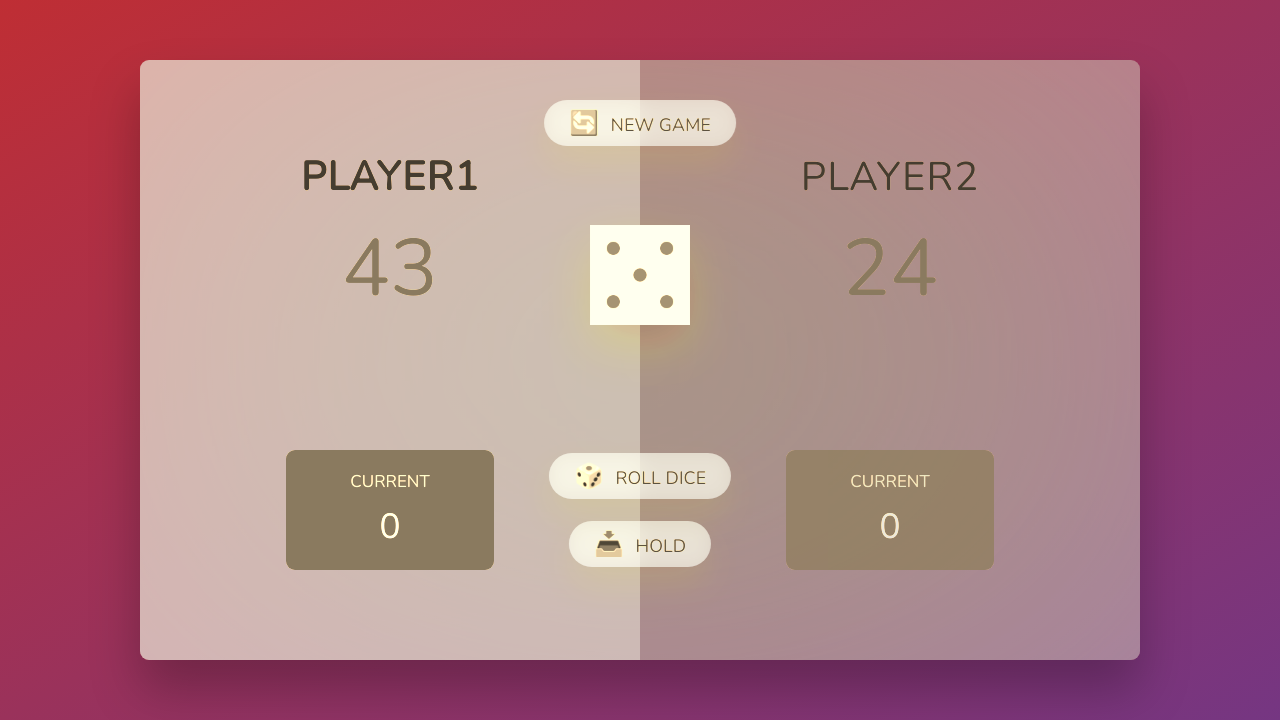
Repository: otvertka/jsc_07
Page: index.html
An editor plug-in stored every save of this project. The page is shown before and after the next save, followed by the edit.
The browser window is 1280 px wide. The pictures show the whole page.

Above is the page before, as saved 2022-12-24 13:27:08.

### index.html
<!DOCTYPE html>
<html lang="en">
  <head>
    <meta charset="UTF-8" />
    <meta name="viewport" content="width=device-width, initial-scale=1.0" />
    <meta http-equiv="X-UA-Compatible" content="ie=edge" />
    <link rel="stylesheet" href="style.css" />
    <title>Pig Game</title>
  </head>
  <body>
    <main>
      <section class="player player--0 player--active">
        <h2 class="name" id="name--0">Player1</h2>
        <p class="score" id="score--0">43</p>
        <div class="current">
          <p class="current-label">Current</p>
          <p class="current-score" id="current--0">0</p>
        </div>
      </section>
      <section class="player player--1">
        <h2 class="name" id="name--1">Player2</h2>
        <p class="score" id="score--1">24</p>
        <div class="current">
          <p class="current-label">Current</p>
          <p class="current-score" id="current--1">0</p>
        </div>
      </section>

      <img src="/dice-5.png" alt="Playing dice" class="dice" />
      <button class="btn btn--new">🔄 New game</button>
      <button class="btn btn--roll">🎲 Roll dice</button>
      <button class="btn btn--hold">📥 Hold</button>
    </main>
    <script src="script.js"></script>
  </body>
</html>

### style.css
@import url('https://fonts.googleapis.com/css2?family=Nunito&display=swap');

* {
  margin: 0;
  padding: 0;
  box-sizing: inherit;
}

html {
  font-size: 62.5%;
  box-sizing: border-box;
}

body {
  font-family: 'Nunito', sans-serif;
  font-weight: 400;
  height: 100vh;
  color: #333;
  background-image: linear-gradient(to top left, #753682 0%, #bf2e34 100%);
  display: flex;
  align-items: center;
  justify-content: center;
}

/* LAYOUT */
main {
  position: relative;
  width: 100rem;
  height: 60rem;
  background-color: rgba(255, 255, 255, 0.35);
  backdrop-filter: blur(200px);
  filter: sepia();
  box-shadow: 0 3rem 5rem rgba(0, 0, 0, 0.25);
  border-radius: 9px;
  overflow: hidden;
  display: flex;
}

.player {
  flex: 50%;
  padding: 9rem;
  display: flex;
  flex-direction: column;
  align-items: center;
  transition: all 0.75s;
}

/* ELEMENTS */
.name {
  position: relative;
  font-size: 4rem;
  text-transform: uppercase;
  letter-spacing: 1px;
  word-spacing: 2px;
  font-weight: 300;
  margin-bottom: 1rem;
}

.score {
  font-size: 8rem;
  font-weight: 300;
  color: #c7365f;
  margin-bottom: auto;
}

.player--active {
  background-color: rgba(255, 255, 255, 0.4);
}
.player--active .name {
  font-weight: 700;
}
.player--active .score {
  font-weight: 400;
}

.player--active .current {
  opacity: 1;
}

.current {
  background-color: #c7365f;
  opacity: 0.8;
  border-radius: 9px;
  color: #fff;
  width: 65%;
  padding: 2rem;
  text-align: center;
  transition: all 0.75s;
}

.current-label {
  text-transform: uppercase;
  margin-bottom: 1rem;
  font-size: 1.7rem;
  color: #ddd;
}

.current-score {
  font-size: 3.5rem;
}

/* ABSOLUTE POSITIONED ELEMENTS */
.btn {
  position: absolute;
  left: 50%;
  transform: translateX(-50%);
  color: #444;
  background: none;
  border: none;
  font-family: inherit;
  font-size: 1.8rem;
  text-transform: uppercase;
  cursor: pointer;
  font-weight: 400;
  transition: all 0.2s;

  background-color: white;
  background-color: rgba(255, 255, 255, 0.6);
  backdrop-filter: blur(10px);

  padding: 0.7rem 2.5rem;
  border-radius: 50rem;
  box-shadow: 0 1.75rem 3.5rem rgba(0, 0, 0, 0.1);
}

.btn::first-letter {
  font-size: 2.4rem;
  display: inline-block;
  margin-right: 0.7rem;
}

.btn--new {
  top: 4rem;
}
.btn--roll {
  top: 39.3rem;
}
.btn--hold {
  top: 46.1rem;
}

.btn:active {
  transform: translate(-50%, 3px);
  box-shadow: 0 1rem 2rem rgba(0, 0, 0, 0.15);
}

.btn:focus {
  outline: none;
}

.dice {
  position: absolute;
  left: 50%;
  top: 16.5rem;
  transform: translateX(-50%);
  height: 10rem;
  box-shadow: 0 2rem 5rem rgba(0, 0, 0, 0.2);
}

.player--winner {
  background-color: #2f2f2f;
}

.player--winner .name {
  font-weight: 700;
  color: #c7365f;
}

Loaded but not shown: script.js (common file)

After the next save:
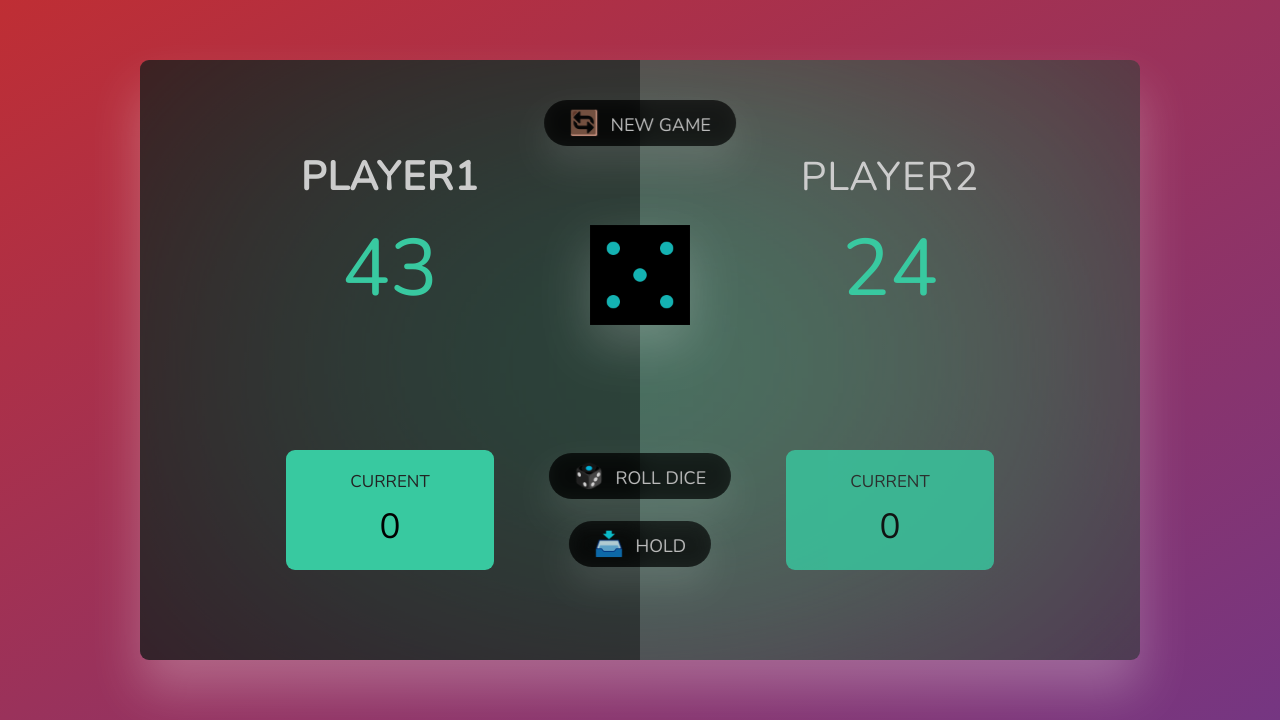
Saved 45 s later.
--- a/style.css
+++ b/style.css
@@ -29,7 +29,7 @@ main {
   height: 60rem;
   background-color: rgba(255, 255, 255, 0.35);
   backdrop-filter: blur(200px);
-  filter: sepia();
+  filter: invert();
   box-shadow: 0 3rem 5rem rgba(0, 0, 0, 0.25);
   border-radius: 9px;
   overflow: hidden;
